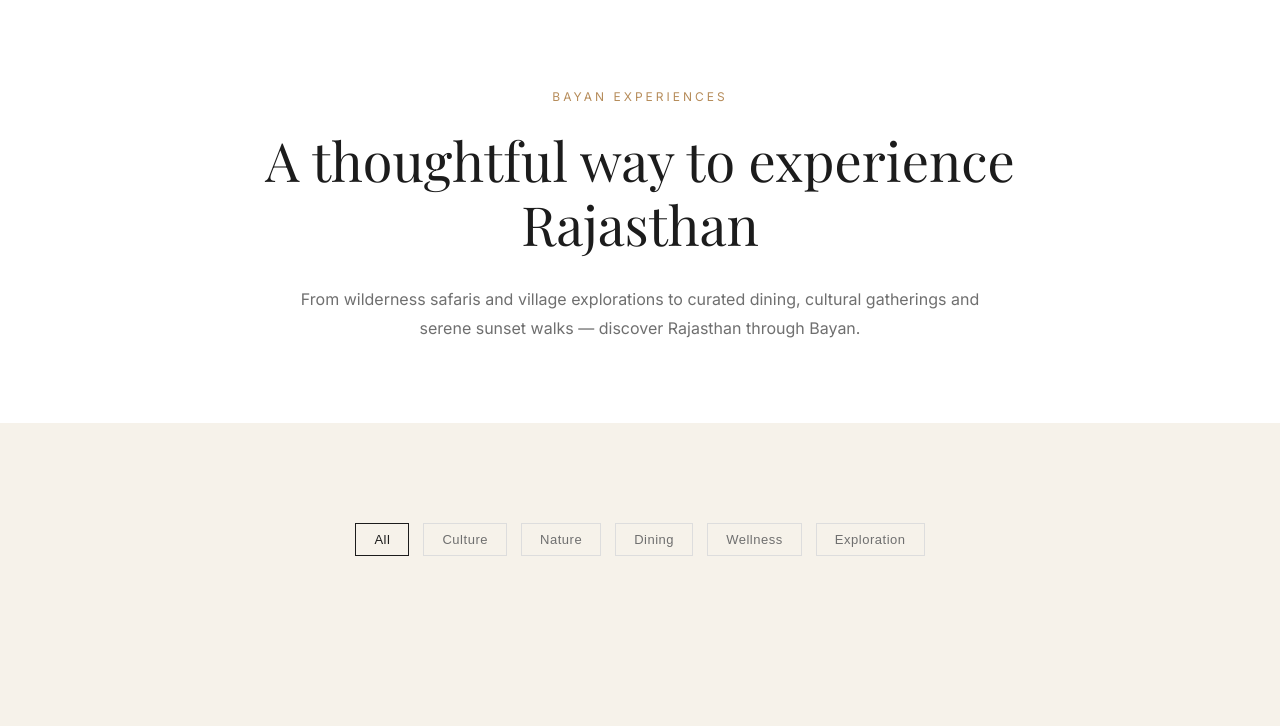
Repository: Arpitpawa/bayan-website
Page: experiences.html
These files come from the project's save history. The page is drawn as it stood at one moment and after the next save; the edit follows.
The browser window is 1280 px wide. The pictures show the part of the page from y = 646 to 1372 px (the page is 3701 px tall before and 3719 px after).
Pictures or frames that could not be fetched are drawn as grey boxes. A picture or video elsewhere on the page could not be fetched, so the positions and the page height are approximate.

Above is the page before, as saved 2026-02-28 13:24:40.
Console error: TypeError: Cannot set properties of null (setting 'onclick')

### experiences.html
<!DOCTYPE html>
<html lang="en">
<head>
  <meta charset="UTF-8" />
  <title>Bayan Experiences</title>
  <meta name="viewport" content="width=device-width, initial-scale=1.0">

  <!-- Font -->
  <link href="https://fonts.googleapis.com/css2?family=Playfair+Display:wght@400;500&family=Inter:wght@300;400;500&display=swap" rel="stylesheet">
<!-- Favicon -->
<link rel="apple-touch-icon" sizes="180x180" href="../assets/favicon/apple-touch-icon.png">
<link rel="icon" type="image/png" sizes="32x32" href="../assets/favicon/favicon-32x32.png">
<link rel="icon" type="image/png" sizes="16x16" href="../assets/favicon/favicon-16x16.png">
<link rel="shortcut icon" href="../assets/favicon/favicon.ico">
<link rel="manifest" href="../assets/favicon/site.webmanifest">
   <link rel="stylesheet" href="assets/css/style.css" />
  <link rel="stylesheet" href="assets/css/experiences.css">
  <link rel="stylesheet" href="assets/css/header.css" />
  <link rel="stylesheet" href="assets/css/footer.css" />
  <link rel="stylesheet" href="assets/css/brand-skin.css" />
  <script src="https://unpkg.com/lucide@latest"></script>
</head>
<body>

<!-- ================= HEADER ================= -->
<!-- ================= HEADER ================= -->
    <header class="site-header">
      <div class="nav-bar">
        <!-- LEFT -->
        <div class="nav-left">
          <button class="menu-toggle" id="menuToggle">
            <svg viewBox="0 0 24 10">
              <line x1="0" y1="1" x2="24" y2="1"></line>
              <line x1="0" y1="9" x2="24" y2="9"></line>
            </svg>
            <span>Menu</span>
          </button>


        </div>

        <!-- CENTER -->
        <a href="index.html" class="logo">
  <span class="logo-main">BAYAN</span>
  <span class="logo-sub">GROUP OF HOTELS & RESORTS</span>
</a>

        <!-- RIGHT -->
        <a
  href="https://www.swiftbook.io/inst/#group?groupId=341NlfplxPrIg9W3WZzfdTQ5Njg=&JDRN=Y"
  class="nav-cta"
  target="_blank"
  rel="noopener noreferrer"
>
  <span class="cta-desktop">BOOK NOW</span>
  <span class="cta-mobile">RESERVE</span>
</a>


      </div>
    </header>

    <!-- ================= MENU OVERLAY ================= -->
    <!-- ================= MENU OVERLAY ================= -->
    <div class="menu-overlay" id="menuOverlay">
      <button class="menu-close-btn" id="menuCloseBtn" aria-label="Close menu">
        <span></span>
        <span></span>
      </button>

      <div class="menu-container">
        <!-- NAV -->
        <nav class="menu-nav">
  <a href="index.html">Home</a>
  <a href="hotels.html">Stays</a>
  <a href="experiences.html">Experiences</a>
  <a href="offers.html">Offers</a>
  <a href="wellness.html">Wellness</a>
  <a href="dining.html">Dining</a>
  <a href="about.html">About Bayan</a>
</nav>

        <!-- DESTINATIONS -->
        <div class="menu-destinations">
          <span class="menu-eyebrow">Discover Bayan In</span>

          <a href="hotels.html">Jaipur</a>
          <a href="hotels.html">Udaipur</a>
          <a href="hotels.html">Kumbhalgarh</a>
          <a href="hotels.html">Sawai Madhopur</a>

          <span class="coming">Pushkar — Coming Soon</span>
          <span class="coming">Jodhpur — Coming Soon</span>
        </div>
      </div>
    </div>

    <div class="nav-spacer"></div>

<!-- ================= HERO ================= -->
<!-- ================= HERO VIDEO ================= -->
<section class="exp-hero video-hero">

  <video class="hero-video" autoplay muted loop playsinline>
    <source src="assets/videos/hero.mp4" type="video/mp4">
  </video>
</section>
<!-- ================= HERO TEXT SECTION ================= -->
<section class="exp-hero-text">

  <div class="exp-hero-text-inner">
    <span class="exp-eyebrow">Bayan Experiences</span>
    <h1>A thoughtful way to experience Rajasthan</h1>
    <p>
      From wilderness safaris and village explorations to curated dining,
      cultural gatherings and serene sunset walks — discover Rajasthan through Bayan.
    </p>
  </div>

</section>
<!-- ================= FILTER ================= -->
<section class="exp-filter">
  <button class="active" data-filter="all">All</button>
  <button data-filter="culture">Culture</button>
  <button data-filter="nature">Nature</button>
  <button data-filter="dining">Dining</button>
  <button data-filter="wellness">Wellness</button>
  <button data-filter="exploration">Exploration</button>
</section>

<!-- ================= GRID ================= -->
<section class="exp-grid">

  <!-- Wilderness -->
  <article class="exp-card" data-category="nature">
    <a href="experience-wilderness.html" class="exp-link">
      <img src="https://gostops.com/blog/wp-content/uploads/2022/10/Kumbhalgarh-Fort-1-1024x684.jpg" alt="Wilderness Experiences">
      <div class="exp-content">
        <h3>Wilderness Experiences</h3>
        <p>
          Venture into Rajasthan’s untamed landscapes through guided nature trails,
          forest explorations and immersive wildlife encounters.
        </p>
      </div>
    </a>
  </article>

  <!-- Jungle Safari -->
  <article class="exp-card" data-category="nature">
    <a href="experience-safari.html" class="exp-link">
      <img src="https://www.godigit.com/content/dam/godigit/directportal/en/contenthm/wildlife-safari-in-udaipur.jpg" alt="Jungle Safari">
      <div class="exp-content">
        <h3>Jungle Safari</h3>
        <p>
          Explore nearby wildlife reserves on curated safaris,
          experiencing Rajasthan’s wilderness and natural beauty up close.
        </p>
      </div>
    </a>
  </article>

  <!-- Village -->
  <article class="exp-card" data-category="exploration">
    <a href="experience-village.html" class="exp-link">
      <img src="https://5.imimg.com/data5/SELLER/Default/2022/4/PT/BR/SO/137758419/elephant-safari-tour-500x500.jpeg" alt="Village & Local Exploration">
      <div class="exp-content">
        <h3>Village & Local Exploration</h3>
        <p>
          Engage with rural life, meet local artisans and discover authentic
          traditions shaped by community and culture.
        </p>
      </div>
    </a>
  </article>

  <!-- Sunset -->
  <article class="exp-card" data-category="nature">
    <a href="experience-sunset.html" class="exp-link">
      <img src="assets/images/expriences/sunset-view.webp" alt="Sunset Walks & Star Gazing">
      <div class="exp-content">
        <h3>Sunset Walks & Star Gazing</h3>
        <p>
          Unwind with guided sunset walks followed by serene stargazing
          beneath Rajasthan’s expansive desert skies.
        </p>
      </div>
    </a>
  </article>

  <!-- Culinary -->
  <article class="exp-card" data-category="dining">
    <a href="experience-culinary.html" class="exp-link">
      <img src="assets/images/expriences/dining.webp" alt="Culinary Experiences">
      <div class="exp-content">
        <h3>Culinary Experiences</h3>
        <p>
          Taste regional flavours and traditional recipes presented
          through thoughtfully curated dining moments.
        </p>
      </div>
    </a>
  </article>

  <!-- Cultural -->
  <article class="exp-card" data-category="culture">
    <a href="experience-celebrations.html" class="exp-link">
      <img src="assets/images/expriences/celebrations.webp" alt="Cultural Activities & Gatherings">
      <div class="exp-content">
        <h3>Cultural Activities & Gatherings</h3>
        <p>
          From folk performances to intimate celebrations,
          experience Rajasthan’s vibrant traditions in elegant settings.
        </p>
      </div>
    </a>
  </article>
  <!-- Bonfire Evenings -->
<article class="exp-card" data-category="culture">
  <a href="experience-bonfire.html" class="exp-link">
    <img src="https://cdn.getyourguide.com/image/format=auto,fit=crop,gravity=center,quality=60,width=450,height=450,dpr=2/tour_img/33d976f4d25170ac.jpeg" alt="Bonfire Evenings">
    <div class="exp-content">
      <h3>Bonfire Evenings</h3>
      <p>
        Gather under the open desert sky beside a glowing fire,
        sharing stories, music and warm moments in an intimate setting.
      </p>
    </div>
  </a>
</article>

</section>
<footer class="bayan-footer">

  <div class="footer-inner">

    <!-- BRAND -->
    <div class="footer-brand">
      <h3>BAYAN</h3>
      <p>
        Thoughtful hospitality rooted in heritage,
        culture and calm luxury experiences.
      </p>
    </div>

    <!-- FOOTER LINKS -->
    <div class="footer-links">

      <div class="footer-col">
        <span class="footer-title">Bayan</span>
        <a href="about.html">About Bayan</a>
        <a href="hotels.html">Stays</a>
        <a href="experiences.html">Experiences</a>
        <a href="dining.html">Dining</a>
        <a href="wellness.html">Wellness</a>
      </div>

      <div class="footer-col">
        <span class="footer-title">Explore</span>
        <a href="events-meetings.html">Events & Gatherings</a>
        <a href="journal.html">Journal</a>
        <a href="contact.html">Contact</a>
        <a href="#">Careers</a>
        <a href="#">Privacy Policy</a>
      </div>

      <div class="footer-col">
        <span class="footer-title">Get in Touch</span>
        <p>
          Rajasthan, India<br>
          reservations@thebayanhotels.com<br>
          +91 7426 257777
        </p>
      </div>

    </div>

  </div>

  <!-- FOOTER BOTTOM -->
  <!-- FOOTER BOTTOM -->
<div class="footer-bottom">

  <div class="footer-bottom-left">
    © Bayan Hotels. All rights reserved.
  </div>

  <div class="footer-bottom-center footer-social">
    <a href="https://www.instagram.com/bayangroupofhotelsandresorts/" target="_blank">
      <i data-lucide="instagram"></i>
    </a>

    <a href="https://www.facebook.com/TheBayanGroupofHotelsandResorts/" target="_blank">
      <i data-lucide="facebook"></i>
    </a>

    <a href="https://x.com/BayanHotels" target="_blank">
      <i data-lucide="twitter"></i>
    </a>

    <a href="https://www.linkedin.com/company/thebayangroup/" target="_blank">
      <i data-lucide="linkedin"></i>
    </a>

    <a href="mailto:crs@thebayanhotels.com">
      <i data-lucide="mail"></i>
    </a>
  </div>

  <div class="footer-bottom-right">
   <a href="https://www.swiftbook.io/inst/#group?groupId=341NlfplxPrIg9W3WZzfdTQ5Njg=&JDRN=Y"
       class="footer-check-btn"
       target="_blank">
       CHECK AVAILABILITY
    </a>
  </div>

</div>
</footer>
<script src="assets/js/main.js"></script>
<!-- ================= SCRIPTS (UNCHANGED) ================= -->
<script>
  const menuOverlay = document.getElementById("menuOverlay");
  const menuToggle = document.getElementById("menuToggle");
  const menuClose = document.getElementById("menuCloseBtn");

  if (menuToggle && menuOverlay) {
    menuToggle.addEventListener("click", () => {
      menuOverlay.classList.add("active");
      document.body.classList.add("menu-open");
    });
  }

  if (menuClose) {
    menuClose.addEventListener("click", closeMenu);
  }

  document.addEventListener("keydown", (e) => {
    if (e.key === "Escape") closeMenu();
  });

  menuOverlay?.addEventListener("click", (e) => {
    if (e.target === menuOverlay) closeMenu();
  });

  function closeMenu() {
    menuOverlay.classList.remove("active");
    document.body.classList.remove("menu-open");
  }

  document.querySelectorAll(".menu-nav a").forEach((link) => {
    if (window.location.href.includes(link.getAttribute("href"))) {
      link.classList.add("active");
    }
  });
</script>

<script>
  const filterButtons = document.querySelectorAll(".exp-filter button");
  const cards = document.querySelectorAll(".exp-card");

  filterButtons.forEach(btn => {
    btn.addEventListener("click", () => {
      filterButtons.forEach(b => b.classList.remove("active"));
      btn.classList.add("active");

      const filter = btn.dataset.filter;

      cards.forEach(card => {
        card.classList.remove("hide");
        if (filter !== "all" && card.dataset.category !== filter) {
          card.classList.add("hide");
        }
      });
    });
  });
</script>

</body>
</html>

### assets/css/experiences.css
:root {
  --bg-ivory: #faf9f6;
  --text-dark: #1c1c1c;
  --text-muted: #6f6f6f;
  --accent-gold: #b89b5e;
}

* {
  margin: 0;
  padding: 0;
  box-sizing: border-box;
}

body {
  background: var(--bg-ivory);
  color: var(--text-dark);
  font-family: 'Inter', sans-serif;
}

/* ================= HERO ================= */
.exp-hero {
  padding: 140px 20px 100px;
  text-align: center;
}

.exp-hero-inner {
  max-width: 760px;
  margin: auto;
}

.exp-eyebrow {
  font-size: 12px;
  letter-spacing: 0.18em;
  text-transform: uppercase;
  color: var(--accent-gold);
}

.exp-hero h1 {
  font-family: 'Playfair Display', serif;
  font-size: 42px;
  font-weight: 400;
  margin: 24px 0 20px;
}

.exp-hero p {
  color: var(--text-muted);
  font-size: 15px;
  line-height: 1.7;
}

/* ================= FILTER ================= */
.exp-filter {
  display: flex;
  gap: 12px;
  justify-content: center;
  flex-wrap: wrap;
  margin-bottom: 70px;
}

.exp-filter button {
  background: transparent;
  border: 1px solid #ddd;
  padding: 8px 16px;
  font-size: 13px;
  cursor: pointer;
  color: var(--text-muted);
}

.exp-filter button.active {
  border-color: var(--text-dark);
  color: var(--text-dark);
}

/* ================= GRID ================= */
.exp-grid {
  max-width: 1200px;
  margin: auto;
  padding: 0 20px 120px;
  display: grid;
  grid-template-columns: repeat(3, 1fr);
  gap: 60px 40px;
}

.exp-card img {
  width: 100%;
  height: 420px;
  object-fit: cover;
}

.exp-content {
  margin-top: 18px;
}

.exp-content h3 {
  font-family: 'Playfair Display', serif;
  font-size: 20px;
  font-weight: 400;
  margin-bottom: 8px;
}

.exp-content p {
  font-size: 14px;
  line-height: 1.6;
  color: var(--text-muted);
}

/* ================= RESPONSIVE ================= */
@media (max-width: 992px) {
  .exp-grid {
    grid-template-columns: repeat(2, 1fr);
  }
}

@media (max-width: 600px) {
  .exp-hero {
    padding: 110px 20px 80px;
  }

  .exp-hero h1 {
    font-size: 30px;
  }

  .exp-grid {
    grid-template-columns: 1fr;
    gap: 50px;
  }

  .exp-card img {
    height: 320px;
  }
}
/* ================= VARIABLES ================= */
:root {
  --bg-ivory: #faf9f6;
  --text-dark: #1c1c1c;
  --text-muted: #6f6f6f;
  --accent-gold: #b89b5e;
}

/* ================= HERO ================= */
.exp-hero {
  padding: 140px 20px 100px;
  text-align: center;
}

.exp-hero-inner {
  max-width: 760px;
  margin: auto;
}

.exp-eyebrow {
  font-size: 12px;
  letter-spacing: 0.18em;
  text-transform: uppercase;
  color: var(--accent-gold);
}

.exp-hero h1 {
  font-family: "Playfair Display", serif;
  font-size: 42px;
  font-weight: 400;
  margin: 22px 0 18px;
}

.exp-hero p {
  color: var(--text-muted);
  font-size: 15px;
  line-height: 1.7;
}

/* ================= FILTER ================= */
.exp-filter {
  display: flex;
  justify-content: center;
  flex-wrap: wrap;
  gap: 14px;
  margin-bottom: 70px;
}

.exp-filter button {
  background: transparent;
  border: 1px solid #ddd;
  padding: 8px 18px;
  font-size: 13px;
  letter-spacing: 0.04em;
  cursor: pointer;
  color: var(--text-muted);
  transition: all 0.3s ease;
}

.exp-filter button.active,
.exp-filter button:hover {
  border-color: var(--text-dark);
  color: var(--text-dark);
}

/* ================= GRID ================= */
.exp-grid {
  max-width: 1200px;
  margin: auto;
  padding: 0 20px 120px;
  display: grid;
  grid-template-columns: repeat(3, 1fr);
  gap: 60px 40px;
}

.exp-card {
  transition: transform 0.4s ease;
}

.exp-card:hover {
  transform: translateY(-6px);
}

.exp-card img {
  width: 100%;
  height: 420px;
  object-fit: cover;
}

.exp-content {
  margin-top: 18px;
}

.exp-content h3 {
  font-family: "Playfair Display", serif;
  font-size: 20px;
  font-weight: 400;
  margin-bottom: 8px;
}

.exp-content p {
  font-size: 14px;
  line-height: 1.6;
  color: var(--text-muted);
}

/* ================= FILTER ANIMATION ================= */
.exp-card.hide {
  display: none;
}

/* ================= RESPONSIVE ================= */
@media (max-width: 992px) {
  .exp-grid {
    grid-template-columns: repeat(2, 1fr);
  }
}

@media (max-width: 600px) {
  .exp-hero {
    padding: 110px 20px 80px;
  }

  .exp-hero h1 {
    font-size: 30px;
  }

  .exp-grid {
    grid-template-columns: 1fr;
    gap: 50px;
  }

  .exp-card img {
    height: 320px;
  }
}
/* ================= EXPERIENCE LINK ================= */
.exp-link {
  display: block;
  color: inherit;
  text-decoration: none;
}

.exp-link:hover h3 {
  opacity: 0.7;
}
/* ================= HERO VIDEO ================= */

.video-hero {
  position: relative;
  height: 85vh;
  overflow: hidden;
  display: flex;
  align-items: center;
  justify-content: center;
  text-align: center;
  color: #fff;
}

.hero-video {
  position: absolute;
  top: 50%;
  left: 50%;
  min-width: 100%;
  min-height: 100%;
  width: auto;
  height: auto;
  transform: translate(-50%, -50%);
  object-fit: cover;
  z-index: 1;
}

.hero-overlay {
  position: absolute;
  inset: 0;
  background: rgba(0, 0, 0, 0.45);
  z-index: 2;
}

.exp-hero-inner {
  position: relative;
  z-index: 3;
  max-width: 750px;
  padding: 0 20px;
}

.exp-hero-inner h1 {
  font-size: 48px;
  margin: 15px 0;
}

.exp-hero-inner p {
  font-size: 17px;
  opacity: 0.9;
}

/* Mobile */
@media (max-width: 768px) {
  .video-hero {
    height: 70vh;
  }

  .exp-hero-inner h1 {
    font-size: 30px;
  }

  .exp-hero-inner p {
    font-size: 15px;
  }
}
/* ================= HERO TEXT (AFTER VIDEO) ================= */

.exp-hero-text {
  padding: 120px 20px 80px;
  text-align: center;
  background: #ffffff;
}

.exp-hero-text-inner {
  max-width: 900px;
  margin: 0 auto;
}

.exp-hero-text .exp-eyebrow {
  display: block;
  font-size: 12px;
  letter-spacing: 0.25em;
  text-transform: uppercase;
  color: #b68c5a;
  margin-bottom: 20px;
}

.exp-hero-text h1 {
  font-family: "Playfair Display", serif;
  font-size: 54px;
  font-weight: 400;
  margin-bottom: 28px;
  line-height: 1.2;
}

.exp-hero-text p {
  font-size: 16px;
  line-height: 1.8;
  color: #6f6f6f;
  max-width: 720px;
  margin: 0 auto;
}
@media (max-width: 768px) {
  .exp-hero-text {
    padding: 80px 20px 60px;
  }

  .exp-hero-text h1 {
    font-size: 32px;
  }
}

### assets/css/brand-skin.css
/* ======================================
   BAYAN HOME PAGE SKIN
   Based on Property Page Palette
   SAFE OVERRIDE – BACKGROUNDS FIRST
====================================== */

/* ===== GLOBAL CANVAS ===== */
html,
body {
  background-color: #F6F2EA !important;
}

/* ===== ALL MAIN HOME SECTIONS ===== */
.intro-info,
.legacy-section,
.stays,
.our-stays,
.raas-stays,
.moments-wrapper,
.instagram-section {
  background-color: #F6F2EA !important;
}

/* ===== SOFT VARIATION (VERY SUBTLE) ===== */
.hotel-subnav,
.aman-gallery-wrap,
.aman-gallery-section {
  background-color: #F6F1E9 !important;
}

/* ===== PAPER-LIKE FLOATING AREAS ===== */
.center-card,
.map-box,
.editorial-card {
  background-color: #F4F1EB !important;
}

/* ===== CINEMATIC SECTIONS ===== */
.featured-slider,
.destination-parallax {
  background-color: #1C1C1C !important;
}

/* ===== OVERLAYS ===== */
.hero-overlay,
.destination-overlay {
  background: rgba(0,0,0,0.45) !important;
}
.booking-field {
  cursor: pointer;
}

.booking-field span {
  font-family: "Libre Baskerville", serif;
  font-size: 15px;
  letter-spacing: 0.2px;
  color: #2b2b2b;
}

/* subtle hover like Six Senses */
.booking-field:hover {
  background: rgba(0,0,0,0.03);
}

/* remove browser focus junk */
.booking-field:focus,
.booking-field *:focus {
  outline: none;
}

Loaded but not shown: assets/css/style.css (library); assets/js/main.js (551 lines, source omitted); assets/css/header.css (955 lines, source omitted); assets/css/footer.css (243 lines, source omitted)

After the next save:
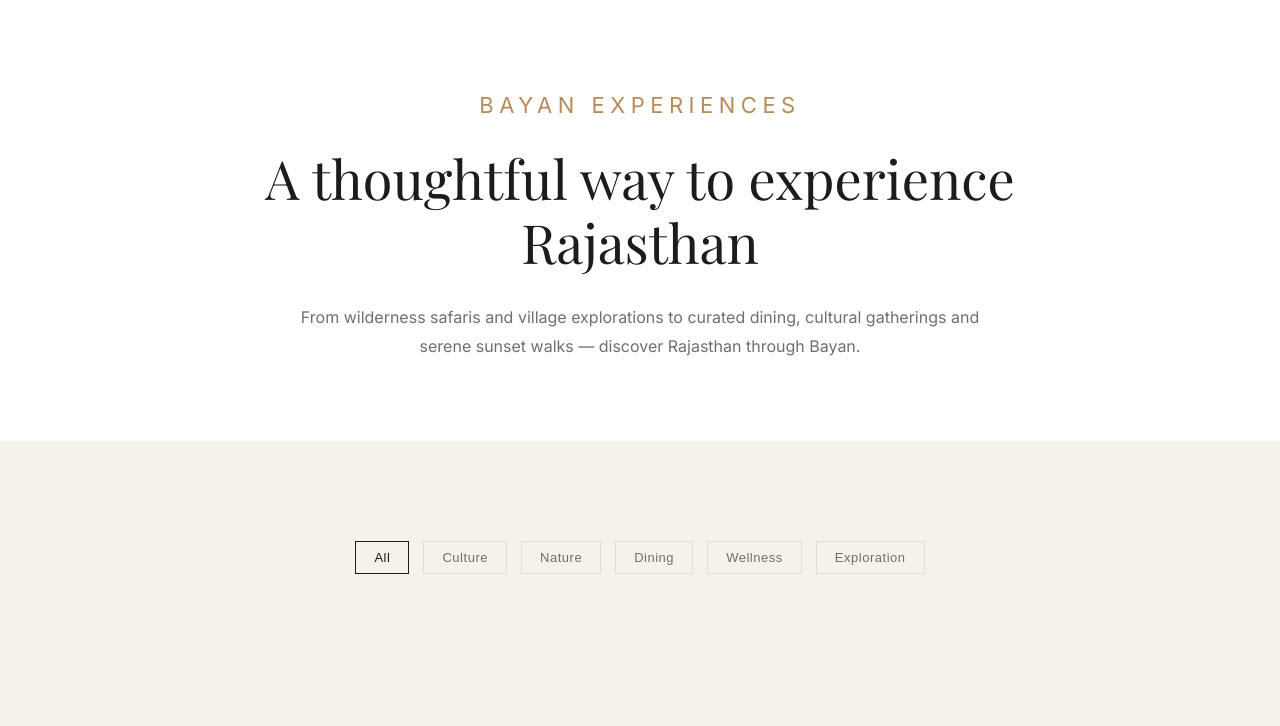
Saved 40 s later.
--- a/assets/css/experiences.css
+++ b/assets/css/experiences.css
@@ -354,7 +354,7 @@
 
 .exp-hero-text .exp-eyebrow {
   display: block;
-  font-size: 12px;
+  font-size: 22px;
   letter-spacing: 0.25em;
   text-transform: uppercase;
   color: #b68c5a;

After the 3 saves that followed:
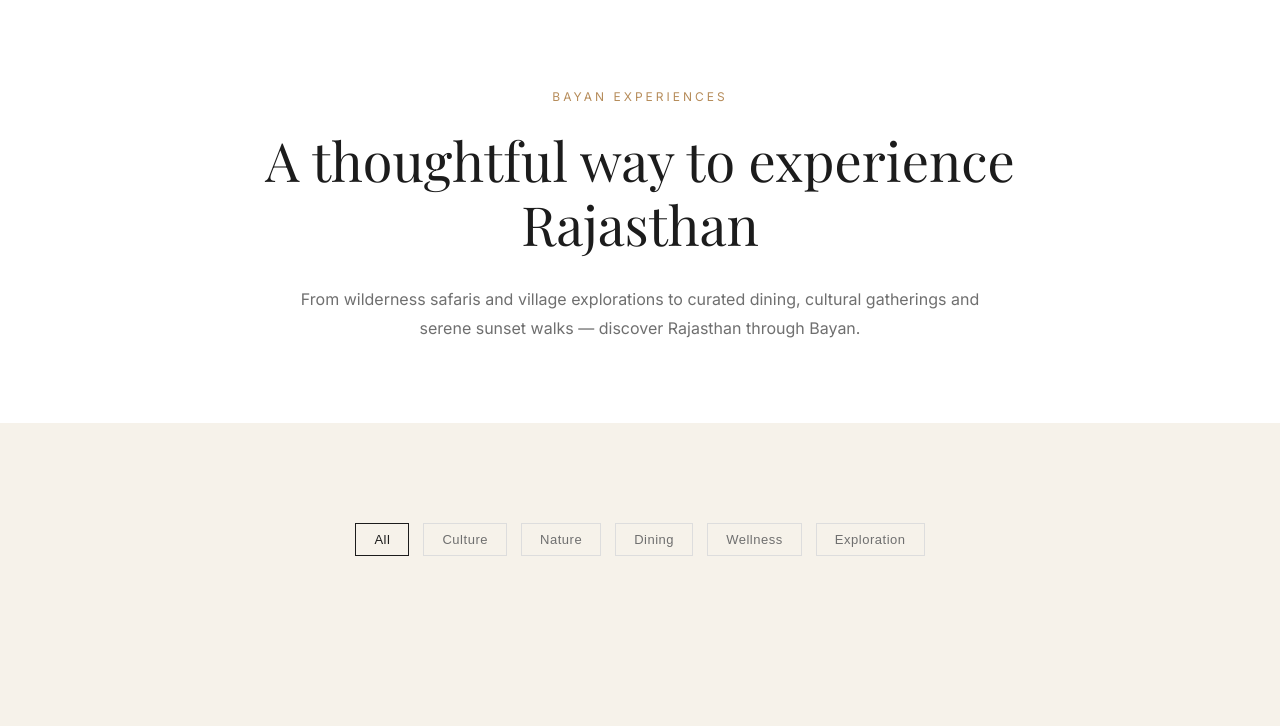
The 3 saves are shown as one change because they came seconds apart.
The last was saved 62 s later.
--- a/assets/css/experiences.css
+++ b/assets/css/experiences.css
@@ -354,6 +354,7 @@
 
 .exp-hero-text .exp-eyebrow {
   display: block;
+  font-family :
   font-size: 22px;
   letter-spacing: 0.25em;
   text-transform: uppercase;
